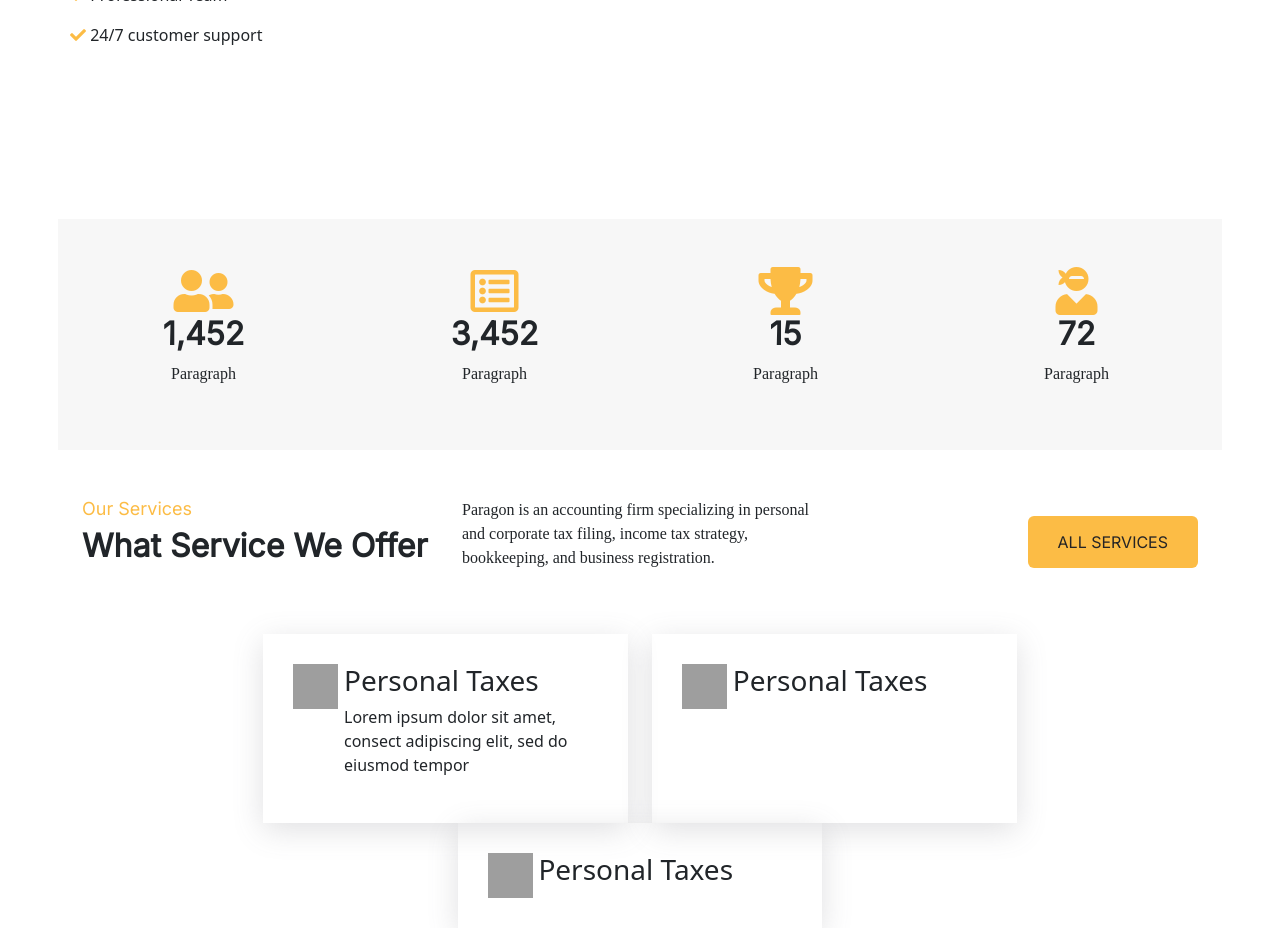
Repository: FailureMaster/paragonaccounting
Page: http://localhost/index.html
These files come from the project's save history. The page is drawn as it stood at one moment and after the next save; the edit follows.
The browser window is 1280 px wide. The pictures show the part of the page from y = 1414 to 2366 px (the page is 2342 px tall before and 2366 px after).
Pictures or frames that could not be fetched are drawn as grey boxes. Some web fonts or font styles are not loaded; a fallback is used. The page is run by PHP 8.4 with error messages shown; the project is at /var/www/html/.

Above is the page before, as saved 2022-12-21 00:45:44.

### index.html
<!DOCTYPE html>
<html lang="en">

<head>
    <meta charset="utf-8">
    <meta name="viewport" content="width=device-width, initial-scale=1.0, shrink-to-fit=no">
    <title>new paragon homepage</title>
    <link rel="stylesheet" href="assets/bootstrap/css/bootstrap.min.css">
    <link rel="stylesheet" href="https://fonts.googleapis.com/css?family=Heebo&amp;display=swap">
    <link rel="stylesheet" href="https://fonts.googleapis.com/css?family=Inter&amp;display=swap">
    <link rel="stylesheet" href="https://fonts.googleapis.com/css?family=Inter+Tight&amp;display=swap">
    <link rel="stylesheet" href="assets/fonts/fontawesome-all.min.css">
    <link rel="stylesheet" href="assets/css/Navbar-Centered-Links-icons.css">
    <link rel="stylesheet" href="assets/css/styles.css">
</head>

<body>
    <div class="text-white d-flex justify-content-between container position-relative" style="z-index: 3; height: 21px; padding: 10px; margin-bottom: 15px;">
        <span><i class="fas fa-clock" style="color: #FCBC45;"></i> &nbsp;Opening: Mon - Fri 08:00 - 17:00</span>
        <ul class="list-inline">
            <li class="list-inline-item"><i class="fab fa-facebook-f"></i> </li>
            <li class="list-inline-item"><i class="fab fa-twitter"></i></li>
            <li class="list-inline-item"><i class="fab fa-pinterest"></i></li>
            <li class="list-inline-item"><i class="fab fa-instagram"></i></li>
        </ul>
    </div>

    <nav class="navbar navbar-dark navbar-expand-lg" style="z-index: 2;">
        <div class="container">
            <a class="navbar-brand d-flex align-items-center" href="#"><span><img src="assets/img/paragon_logo.png" style="width: 167px;"></span></a><button data-bs-toggle="collapse" class="navbar-toggler" data-bs-target="#navcol-3"><span class="visually-hidden">Toggle navigation</span><span class="navbar-toggler-icon"></span></button>
            <div class="collapse navbar-collapse" id="navcol-3">
                <ul class="navbar-nav navbar-nav-scroll mx-auto par-header-menu">
                    <li class="nav-item"><a class="nav-link active" href="#" style="--bs-primary: #FCBC45;--bs-primary-rgb: 252,188,69;">Home</a></li>
                    <li class="nav-item"><a class="nav-link" href="#">Services</a></li>
                    <li class="nav-item"><a class="nav-link" href="#">Contact Us</a></li>
                    <li class="nav-item"><a class="nav-link" href="#">About</a></li>
                    <li class="nav-item"><a class="nav-link" href="#">Documents</a></li>
                    <li class="nav-item"><a class="nav-link" href="#">Upload Docuemnts</a></li>
                </ul><button class="btn btn-primary text-uppercase par-btn" type="button" style="border-style: none;"><i class="fas fa-phone-alt" style="font-size: 17px;"></i>&nbsp;call us</button>
            </div>
        </div>
    </nav>

    <section style="background-image: url(https://templatekit.jegtheme.com/acctual/wp-content/uploads/sites/58/2021/03/successful-business-team-looking-at-camera-in-office.jpg);background-position: center center;background-repeat: no-repeat;background-size: cover;margin-top: -140px;margin-bottom: 0px;padding: 380px 0px 250px 0px;z-index: 0;position: relative;">
        <div style="height: 100%;width: 100%;top: 0;left: 0;position: absolute;background-color: #121212;opacity: 0.70;transition: background 0.3s, border-radius 0.3s, opacity 0.3s;border-style: none;border-color: rgba(33,37,41,0);"></div>
        <div class="text-white d-flex flex-column align-items-center container position-relative">
            <h1 class="text-center par-banner-h1">We Provide Best Accounting&nbsp;</h1>
            <h1 class="text-center par-banner-h1">&amp; Tax Service For You<br></h1>
            <p class="text-center par-banner-p" style="width: 439px;">We offer a wide array of services to ensure that we provide you well-integratedfinancial solutions. We are your one-stop-shop for all financial services needs.</p>
            <div class="d-flex align-items-center hero">
                <button class="btn btn-primary par-btn text-uppercase" type="button" style="border-style: none; height: 64px; padding: 20px 40px;">get a quote</button>
                <a id="play-video" class="video-play-button" href="#">
                    <span></span>
                </a>
                <button class="btn btn-primary text-uppercase" type="button" style="background: rgba(13,110,253,0);border-style: none;">&nbsp;Watch video</button>
            </div>
        </div>
    </section>

    <section class="container" style="padding: 100px 0px 100px 0px;">
        <div class="row gx-5 gy-5 row-cols-1 row-cols-sm-1 row-cols-md-1 row-cols-lg-1 row-cols-xl-2 row-cols-xxl-2">
            <div class="col about-paragon">
                <h4 class="par-h4">About Paragon</h4>
                <h2 class="par-h2">We Have 10+ Years Of Experience In Accounting &amp; Tax Service</h2>
                <p class="par-p">Paragon is an accounting company that provides personal and corporate tax preparation, income tax planning, accounting/bookkeeping and incorporate/register a business.In tax services, we tend to take a constructive vs. reactive approach. We are able to recognize key tax preparation opportunities that minimize both the current and potential tax liabilities by staying up to date on new tax laws and regulations.</p>
                <ul>
                    <li><i aria-hidden="true" class="fas fa-check"></i> High standards of integrity</li>
                    <li><i aria-hidden="true" class="fas fa-check"></i> Best Accounting Service</li>
                    <li><i aria-hidden="true" class="fas fa-check"></i> Quality Control</li>
                    <li><i aria-hidden="true" class="fas fa-check"></i> Professional Team</li>
                    <li><i aria-hidden="true" class="fas fa-check"></i> 24/7 customer support</li>
                </ul>
            </div>
            <div class="col"><img src="assets/img/about%20image.jpg" style="width: 100%;"></div>
        </div>
    </section>
    <section class="container pt-5 pb-5">
        <div class="row gx-5 gy-0 py-5" style="background: #f7f7f7;">
            <div class="col text-center"><i class="fas fa-user-friends par-counting-icon"></i>
                <h2 class="par-h2">1,452</h2>
                <p class="par-p">Paragraph</p>
            </div>
            <div class="col text-center"><i class="far fa-list-alt par-counting-icon"></i>
                <h2 class="par-h2"><strong>3,452</strong></h2>
                <p class="par-p">Paragraph</p>
            </div>
            <div class="col text-center"><i class="fas fa-trophy par-counting-icon"></i>
                <h2 class="par-h2">15</h2>
                <p class="par-p">Paragraph</p>
            </div>
            <div class="col text-center"><i class="fas fa-user-ninja par-counting-icon"></i>
                <h2 class="par-h2">72</h2>
                <p class="par-p">Paragraph</p>
            </div>
        </div>
    </section>
    <section class="container">
        <div class="row mb-5">
            <div class="col">
                <h4 class="par-h4">Our Services</h4>
                <h2 class="par-h2">what service we offer</h2>
            </div>
            <div class="col">
                <p class="par-p">Paragon is an accounting firm specializing in personal and corporate tax filing, income tax strategy, bookkeeping, and business registration.</p>
            </div>
            <div class="col text-end align-self-center"><button class="btn btn-primary par-btn text-uppercase" type="button" style="border-style: none;">all services</button></div>
        </div>
        <div class="row justify-content-center service-offer">
            <div class="service-box">
                <div class="col-2" style="margin: 0px;">
                    <img src="https://templatekit.jegtheme.com/acctual/wp-content/uploads/sites/58/2021/03/personal.png" alt="Personal Taxes">
                </div>
                <div class="col-10">
                    <h3>Personal Taxes</h3>
                    <p>Lorem ipsum dolor sit amet, consect adipiscing elit, sed do eiusmod tempor</p>
                </div>
            </div>
            <div class="service-box">
                <div class="col-2">
                    <img src="https://templatekit.jegtheme.com/acctual/wp-content/uploads/sites/58/2021/03/personal.png" alt="Personal Taxes">
                </div>
                <div class="col-10">
                    <h3>Personal Taxes</h3>
                </div>
            </div>
            <div class="service-box">
                <div class="col-2">
                    <img src="https://templatekit.jegtheme.com/acctual/wp-content/uploads/sites/58/2021/03/personal.png" alt="Personal Taxes">
                </div>
                <div class="col-10">
                    <h3>Personal Taxes</h3>
                </div>
            </div>
        </div>
    </section>




    <script src="assets/bootstrap/js/bootstrap.min.js"></script>
</body>
</html>

### assets/css/Navbar-Centered-Links-icons.css
.bs-icon {
  --bs-icon-size: .75rem;
  display: flex;
  flex-shrink: 0;
  justify-content: center;
  align-items: center;
  font-size: var(--bs-icon-size);
  width: calc(var(--bs-icon-size) * 2);
  height: calc(var(--bs-icon-size) * 2);
  color: var(--bs-primary);
}

.bs-icon-xs {
  --bs-icon-size: 1rem;
  width: calc(var(--bs-icon-size) * 1.5);
  height: calc(var(--bs-icon-size) * 1.5);
}

.bs-icon-sm {
  --bs-icon-size: 1rem;
}

.bs-icon-md {
  --bs-icon-size: 1.5rem;
}

.bs-icon-lg {
  --bs-icon-size: 2rem;
}

.bs-icon-xl {
  --bs-icon-size: 2.5rem;
}

.bs-icon.bs-icon-primary {
  color: var(--bs-white);
  background: var(--bs-primary);
}

.bs-icon.bs-icon-primary-light {
  color: var(--bs-primary);
  background: rgba(var(--bs-primary-rgb), .2);
}

.bs-icon.bs-icon-semi-white {
  color: var(--bs-primary);
  background: rgba(255, 255, 255, .5);
}

.bs-icon.bs-icon-rounded {
  border-radius: .5rem;
}

.bs-icon.bs-icon-circle {
  border-radius: 50%;
}

### assets/css/styles.css
.par-header-menu {
  font-family: "Inter";
  font-size: 14px;
  font-weight: 500;
}

.par-header-menu a {
  padding: 0 18px;
  line-height: 1.3em;
  font-family: "Inter";
  font-size: 14px;
  font-weight: 500;
}

.par-banner-h1 {
  font-family: "Inter";
  font-size: 52px;
  font-weight: 600;
  line-height: 62.4px;
}

.par-banner-p {
  font-family: "Heebo";
  font-size: 16px;
  font-weight: 300;
  line-height: 24px;
}

.par-btn {
  color: #252425;
  background-color: #fcbc45;
  font-family: "Inter";
  font-weight: 500;
  font-size: 16px;
  padding: 14px 30px;
}

.par-h4 {
  color: #fcbc45;
  font-family: "Inter";
  font-size: 18px;
  font-weight: 500;
}

.par-h2 {
  font-family: "Inter";
  font-size: 32px;
  line-height: 38.4px;
  font-weight: 600;
  text-transform: capitalize;
}

.par-p {
  font-family: "Heebo";
  font-size: 16px;
  font-weight: 300;
  line-height: 24px;
}

.par-counting-icon {
  color: #fcbc45;
  font-size: 48px;
}

nav .container {
  background: rgb(122, 122, 122, 0.5);
  height: 84px;
  border-radius: 5px;
}

.play-video {
  height: 56px;
  width: 56px;
  align-items: center;
}

.play-video a {
  color: black;
}

.video-play-button {
  transform: translateX(-50%) translateY(-50%);
  box-sizing: content-box;
  display: inline-block;
  margin: 20px 10px 0px 60px;
  border-radius: 50%;
}

.video-play-button:before {
  content: "";
  position: absolute;
  z-index: 0;
  left: 50%;
  top: 50%;
  transform: translateX(-50%) translateY(-50%);
  display: block;
  width: 56px;
  height: 56px;
  background: gray;
  border-radius: 50%;
  animation: pulse-border 1500ms ease-out infinite;
}

.video-play-button:after {
  content: "";
  position: absolute;
  z-index: 1;
  left: 50%;
  top: 50%;
  transform: translateX(-50%) translateY(-50%);
  display: block;
  width: 56px;
  height: 56px;
  background: white;
  border-radius: 50%;
  transition: all 200ms;
}

.video-play-button:hover:after {
  background-color: #FCBC45;
}

.video-play-button img {
  position: relative;
  z-index: 3;
  max-width: 80%;
  width: auto;
  height: auto;
}

.video-play-button span {
  display: block;
  position: relative;
  z-index: 3;
  width: 0;
  height: 0;
  border-left: 18px solid black;
	border-top: 10px solid transparent;
	border-bottom: 10px solid transparent;
}

@keyframes pulse-border {
  0% {
    transform: translateX(-50%) translateY(-50%) translateZ(0) scale(1);
    opacity: 1;
  }
  100% {
    transform: translateX(-50%) translateY(-50%) translateZ(0) scale(1.5);
    opacity: 0;
  }
}

.about-paragon ul {
  padding: 0;

}

.about-paragon li {
  list-style: none;
  line-height: 2.5;
}

.about-paragon i {
  color: #FCBC45;
}

.service-offer {
  column-gap: 1.5rem;
}

.service-offer .service-box {
  width: 32%;
  padding: 30px;
  display: flex;
  box-shadow: rgba(100, 100, 111, 0.2) 0px 7px 29px 0px;
}

.service-offer img {
  height: 45px;
  width: 45px;
}

Loaded but not shown: assets/bootstrap/css/bootstrap.min.css (library); assets/fonts/fontawesome-all.min.css (library); assets/bootstrap/js/bootstrap.min.js (library)

After the next save:
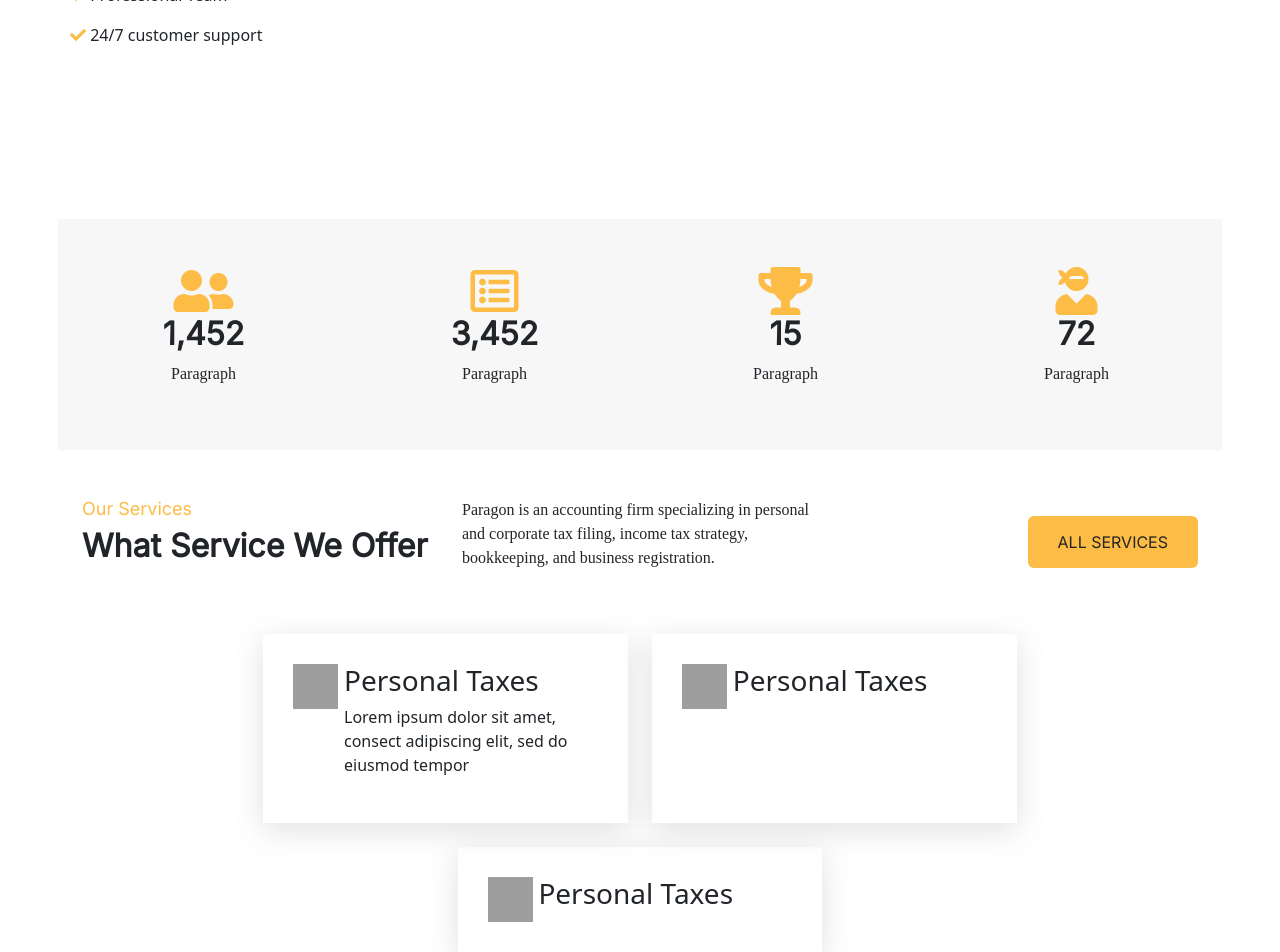
Saved 12 s later.
--- a/assets/css/styles.css
+++ b/assets/css/styles.css
@@ -165,7 +165,7 @@ nav .container {
 }
 
 .service-offer {
-  column-gap: 1.5rem;
+  gap: 1.5rem;
 }
 
 .service-offer .service-box {
